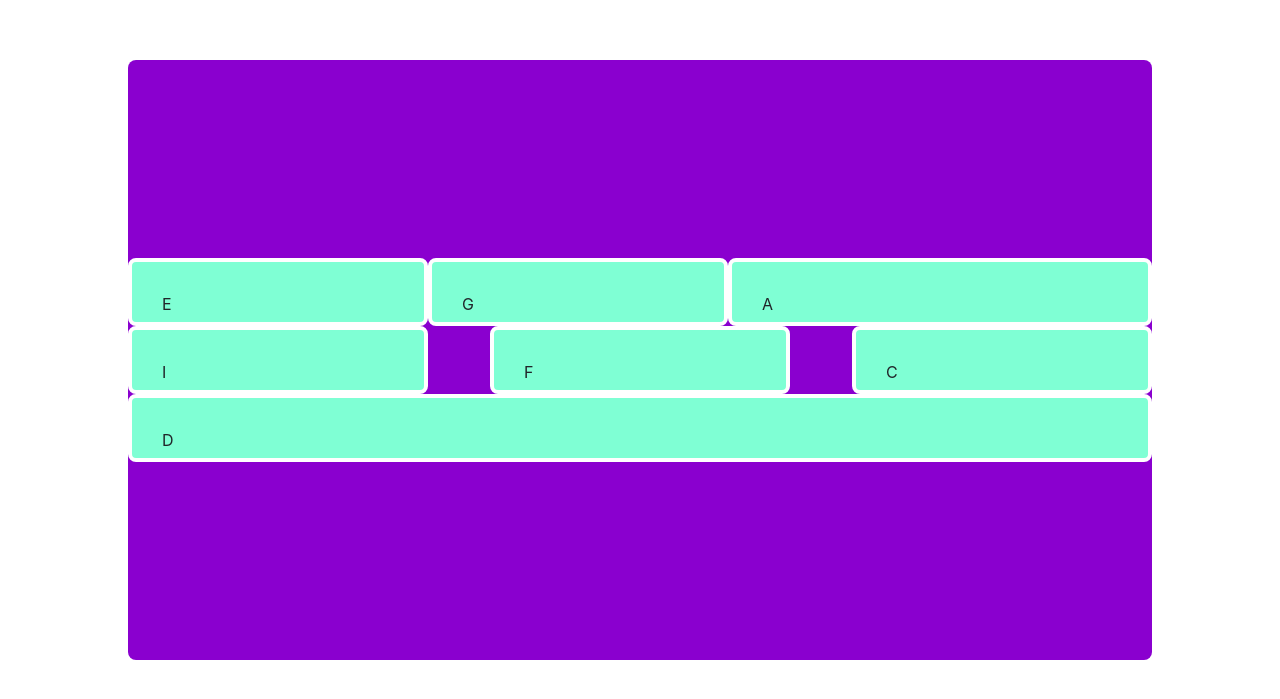
Repository: alessandradiamantino/Curso-Front-End-Design
Page: 1 - Introdução ao HTML e CSS/3 - Layouts, Grids e Flexbox/Bootstrap Grid system/index.html
An editor plug-in stored every save of this project. The page is shown before and after the next save, followed by the edit.
The browser window is 1280 px wide. The pictures show the whole page.

Above is the page before, as saved 2023-04-24 15:05:51.

After the next save:
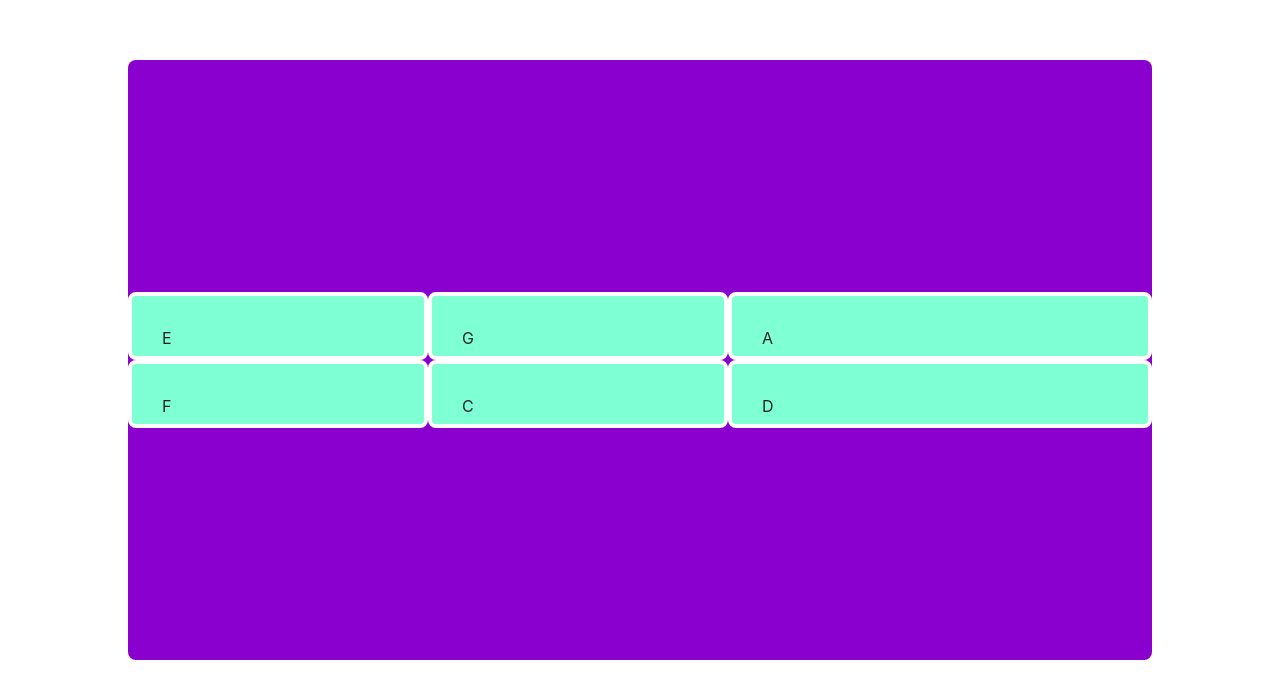
Saved 15 s later.
--- a/1 - Introdução ao HTML e CSS/3 - Layouts, Grids e Flexbox/Bootstrap Grid system/index.html
+++ b/1 - Introdução ao HTML e CSS/3 - Layouts, Grids e Flexbox/Bootstrap Grid system/index.html
@@ -38,8 +38,6 @@
     <div class="my-item shrink-5" >
       G
     </div>
-    <div class="my-item order-1">
-      I
 
    </div>
 </body>
